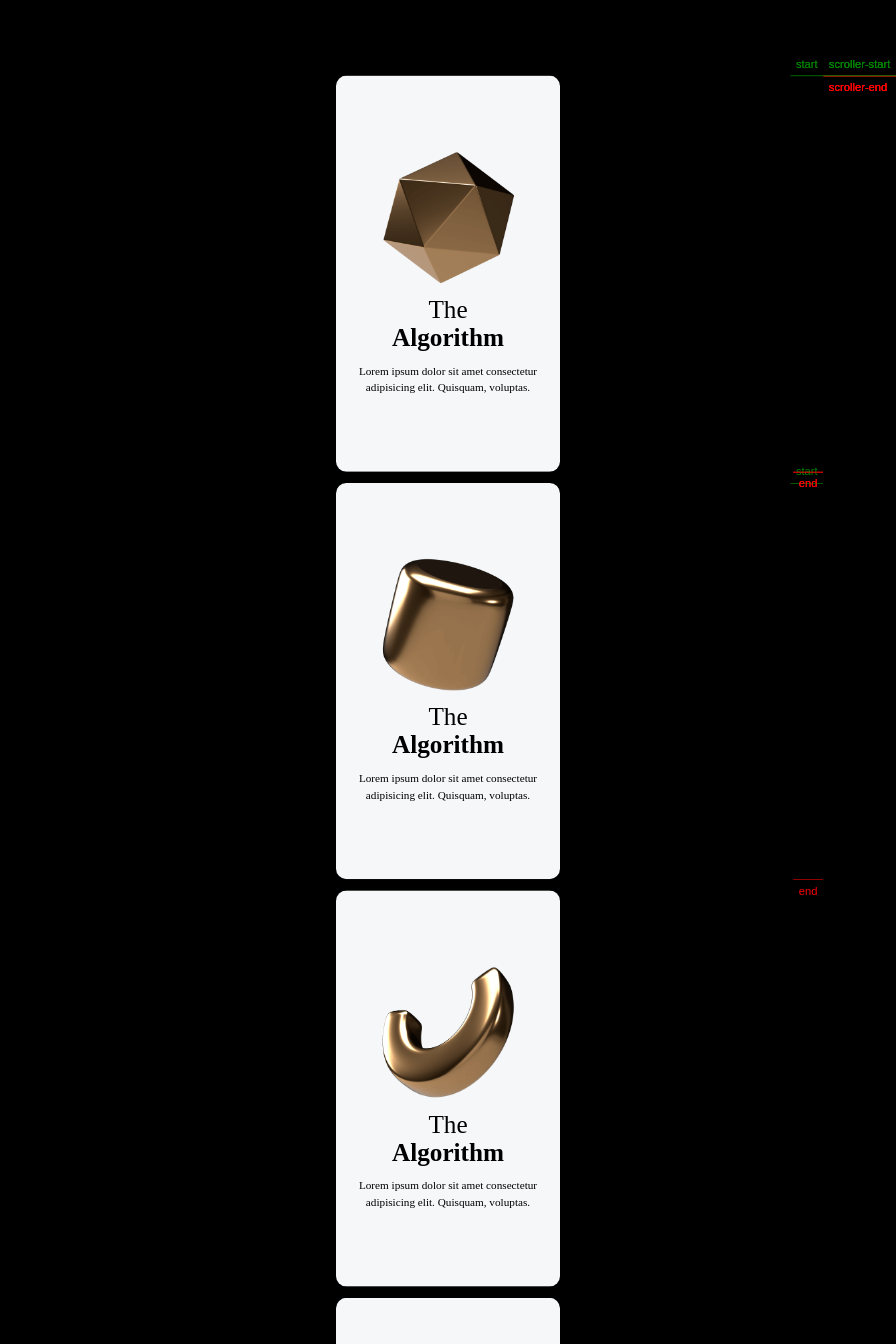
Repository: Himani0002/Scroll-Trigger
Page: index.html
These files come from the project's save history. The page is drawn as it stood at one moment and after a run of saves; the edit follows.
The browser window is 1280 px wide. The pictures show the part of the page from y = 0 to 1920 px (the page is 3728 px tall), at 70% of full size.
Some web fonts or font styles are not loaded; a fallback is used. Some web libraries are served in a nearby version.

Above is the page before, as saved 2024-11-15 21:59:52.

### index.html
<!DOCTYPE html>
<html lang="en">

<head>
  <meta charset="UTF-8">
  <meta name="viewport" content="width=device-width, initial-scale=1.0">

  <script src="https://cdn.tailwindcss.com"></script>
  <title>Document</title>
  <style>
    @import url('https://fonts.googleapis.com/css2?family=Edu+AU+VIC+WA+NT+Pre:wght@400..700&family=Lato:ital,wght@0,100;0,300;0,400;0,700;0,900;1,100;1,300;1,400;1,700;1,900&family=Montserrat:ital,wght@0,100..900;1,100..900&family=Roboto+Slab:wght@100..900&display=swap');

    * {
      padding: 0;
      font-family: "Edu AU VIC WA NT Pre", cursive;
      margin: 0;
      box-sizing: border-box;
    }

    html,
    body {
      height: 100%;
      width: 100%;
      background-color: black;
    }
  </style>
</head>

<body>
  <main class="w-full  text-center flex flex-col gap-4 items-center pt-[15vh]">
    <div
      class="card1 flex sticky top-[15vh] flex-col w-[25svw] rounded-[15px] py-[15vh] px-[20px] gap-4 items-center bg-[#F5F7F8]">
      <img src="./image/1.png" class="w-[190px] aspect-square" alt="">
      <h1 class="text-4xl font-thin">
        The<br>
        <span class="font-bold">Algorithm</span>
      </h1>
      <p>
        Lorem ipsum dolor sit amet consectetur adipisicing elit. Quisquam, voluptas.
      </p>
    </div>
    <div
      class="card2 sticky top-[15vh] flex flex-col w-[25svw] rounded-[15px] py-[15vh] px-[20px] gap-4 items-center bg-[#F5F7F8]">
      <img src="./image/2.png" class="w-[190px] aspect-square" alt="">
      <h1 class="text-4xl font-thin">
        The<br>
        <span class="font-bold">Algorithm</span>
      </h1>
      <p>
        Lorem ipsum dolor sit amet consectetur adipisicing elit. Quisquam, voluptas.
      </p>
    </div>
    <div
      class="card3 sticky top-[15vh] flex flex-col w-[25svw] rounded-[15px] py-[15vh] px-[20px] gap-4 items-center bg-[#F5F7F8]">
      <img src="./image/3.png" class="w-[190px] aspect-square" alt="">
      <h1 class="text-4xl font-thin">
        The<br>
        <span class="font-bold">Algorithm</span>
      </h1>
      <p>
        Lorem ipsum dolor sit amet consectetur adipisicing elit. Quisquam, voluptas.
      </p>
    </div>
    <div
      class="card4 sticky top-[15vh] flex flex-col w-[25svw] rounded-[15px] py-[15vh] px-[20px] gap-4 items-center bg-[#F5F7F8]">
      <img src="./image/4.png" class="w-[190px] aspect-square" alt="">
      <h1 class="text-4xl font-thin">
        The<br>
        <span class="font-bold">Algorithm</span>
      </h1>
      <p>
        Lorem ipsum dolor sit amet consectetur adipisicing elit. Quisquam, voluptas.
      </p>
    </div>
    <div
      class="card5 sticky top-[15vh] flex flex-col w-[25svw] rounded-[15px] py-[15vh] px-[20px] gap-4 items-center bg-[#F5F7F8]">
      <img src="./image/5.png" class="w-[190px] aspect-square" alt="">
      <h1 class="text-4xl font-thin">
        The<br>
        <span class="font-bold">Algorithm</span>
      </h1>
      <p>
        Lorem ipsum dolor sit amet consectetur adipisicing elit. Quisquam, voluptas.
      </p>
    </div>
    <div
      class="card6 sticky top-[15vh] flex flex-col w-[25svw] rounded-[15px] py-[15vh] px-[20px] gap-4 items-center bg-[#F5F7F8]">
      <img src="./image/6.png" class="w-[190px] aspect-square" alt="">
      <h1 class="text-4xl font-thin">
        The<br>
        <span class="font-bold">Algorithm</span>
      </h1>
      <p>
        Lorem ipsum dolor sit amet consectetur adipisicing elit. Quisquam, voluptas.
      </p>
    </div>

  </main>


</body>
<script src="https://cdnjs.cloudflare.com/ajax/libs/gsap/3.12.5/gsap.min.js"
  integrity="sha512-7eHRwcbYkK4d9g/6tD/mhkf++eoTHwpNM9woBxtPUBWm67zeAfFC+HrdoE2GanKeocly/VxeLvIqwvCdk7qScg=="
  crossorigin="anonymous" referrerpolicy="no-referrer"></script>
<script src="https://cdnjs.cloudflare.com/ajax/libs/gsap/3.12.5/ScrollTrigger.min.js"
  integrity="sha512-onMTRKJBKz8M1TnqqDuGBlowlH0ohFzMXYRNebz+yOcc5TQr/zAKsthzhuv0hiyUKEiQEQXEynnXCvNTOk50dg=="
  crossorigin="anonymous" referrerpolicy="no-referrer"></script>
<script src="script.js"></script>

</html>

### script.js
gsap.to(".card1", {
  scale: 0.7,
  opacity: 0,
  scrollTrigger: {
    trigger: ".card1",
    start: "top 15%",
    end: "bottom 15%",
    markers: true,
    scrub: true,
  },
});
gsap.to(".card2", {
  scale: 0.7,
  opacity: 0,
  scrollTrigger: {
    trigger: ".card2",
    start: "top 15%",
    end: "bottom 15%",
    markers: true,
    scrub: true,
  },
});
gsap.to(".card1", {
  scale: 0.7,
  opacity: 0,
  scrollTrigger: {
    trigger: ".card1",
    start: "top 15%",
    end: "bottom 15%",
    markers: true,
  },
});

After the next 3 saves:
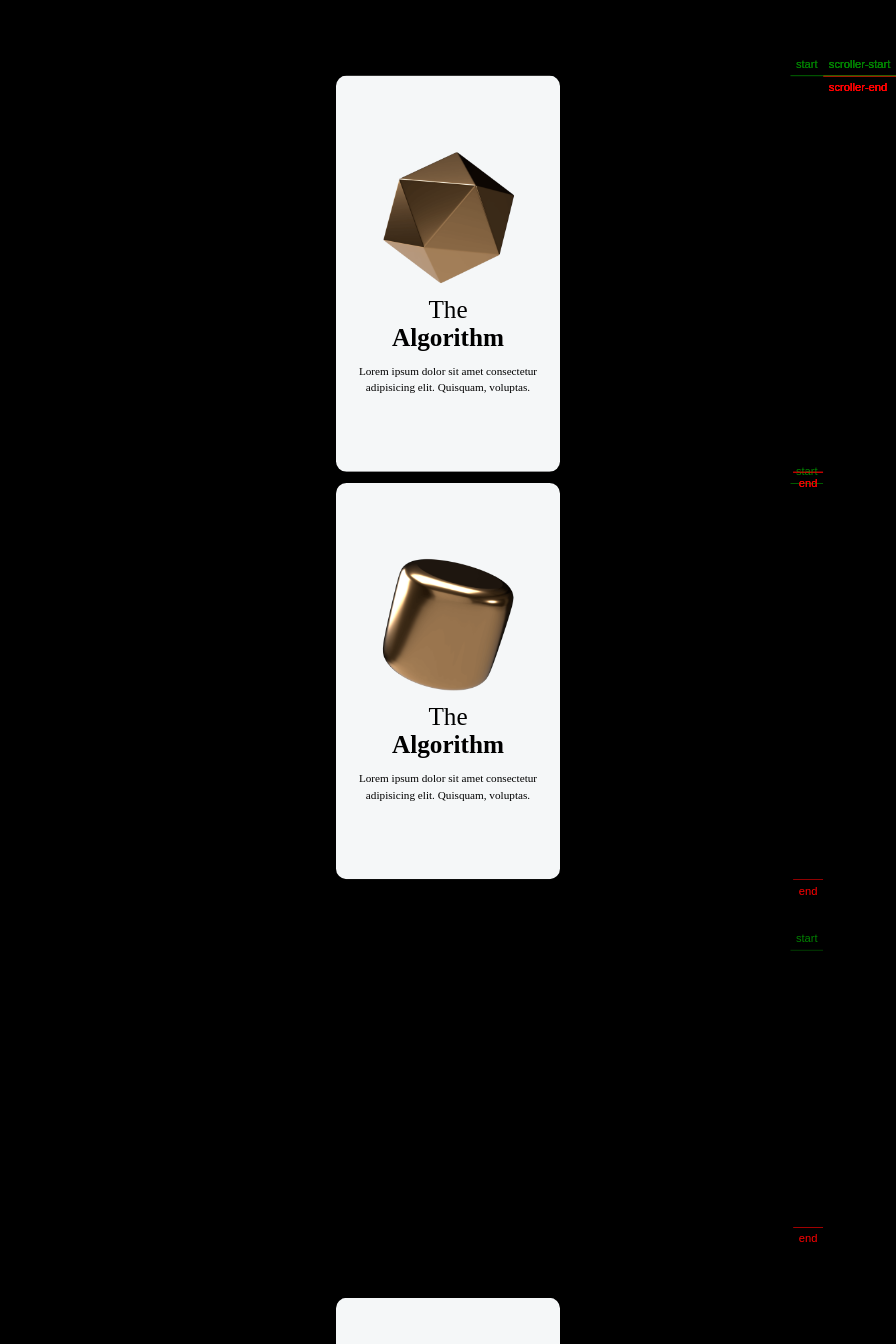
The 3 saves are shown as one change because they came seconds apart.
The last was saved 11 s later.
--- a/script.js
+++ b/script.js
@@ -20,6 +20,17 @@
     scrub: true,
   },
 });
+gsap.to(".card3", {
+  scale: 0.7,
+  opacity: 0,
+  scrollTrigger: {
+    trigger: ".card3",
+    start: "top 15%",
+    end: "bottom 15%",
+    markers: true,
+  },
+});
+
 gsap.to(".card1", {
   scale: 0.7,
   opacity: 0,
